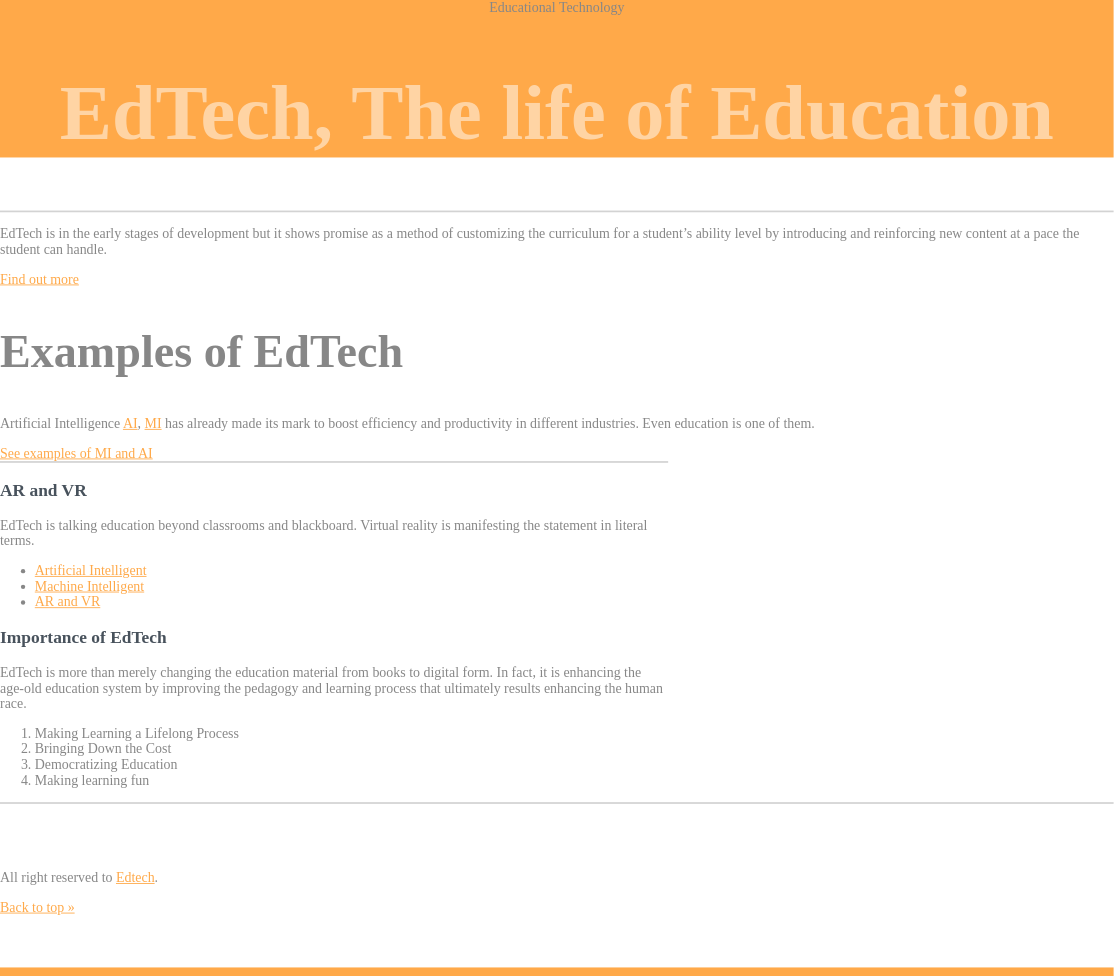
Repository: tunmishyi/edtech
Page: index.html
An editor plug-in stored every save of this project. The page is shown before and after the next save, followed by the edit.
The browser window is 1280 px wide. The pictures show the whole page, at 87% of full size.

Above is the page before, as saved 2020-06-09 23:17:37.

### index.html
<html>
	<head>
		<title>EdTech</title>
		<link rel="stylesheet" href="/home/peterolayinka/Documents/archive/tutorial/jumoke/css/style.css">
	</head>
	<body>
		<header id="top" class="main-header">
			<span class"title">Educational Technology</span>
			<h1>EdTech, The life of Education</h1>
		</header>

		<div class="primary-content, t-border">
			<p>
					EdTech is in the early stages of development but it shows promise as a method of customizing the curriculum for a student’s ability level by introducing and reinforcing new content at a pace the student can handle.
			</p>
			<a href="#more">Find out more</a>
			<h2>Examples of EdTech</h2>
			<p>
				Artificial Intelligence <a href="#">AI</a>, <a href="#">MI</a> has already made its mark to boost efficiency and productivity in different industries. Even education is one of them.
			</p>
			<a href="#" class="callout">See examples of MI and AI</a>
		</div>

		<div class="secondary-content t-border">
			<h3>AR and VR</h3>
				<p>
					EdTech is talking education beyond classrooms and blackboard. Virtual reality is manifesting the statement in literal terms.
				</p>
				<ul>
					<li><a href="#">Artificial Intelligent</a></li>
					<li><a href="#">Machine Intelligent</a></li>
					<li><a href="#">AR and VR</a></li>
				</ul>
				<h3>Importance of EdTech</h3>
				<p>
					EdTech is more than merely changing the education material from books to digital form. In fact, it is enhancing the age-old education system by improving the pedagogy and learning process that ultimately results enhancing the human race.
				</p>
				<ol>
					<li>Making Learning a Lifelong Process</li>
					<li>Bringing Down the Cost</li>
					<li>Democratizing Education</li>
					<li>Making learning fun</li>
				</ol>
			</div>

			<footer id="main-footer" class="t-border">
				<p>All right reserved to <a href="#">Edtech</a>.</p>
				<a href="#top">Back to top &raquo;</a>
			</footer>
	</body>
</html>

### style.css
/*Type Selectors */

body {
   color: #878787;
   margin: 0;
   font-size: 1em;
}

h1 {
    font-size: 5.625rem; /* 90px/16px */
    color: rgba(255, 255, 255, .5);
    }

    h2 {
        font-size: 53px;
    }

    h3 {
        font-size: 20px;
        color: #48525c;
    }

    /* Pseudo Classes-------- */

    a:link {
        color: rgb(255, 169, 73);
    }

    a:visited {
        color: lightblue;
    }

    a:hover {
        color: rgb(255, 169, 73, .4);
    }

    a:active {
        color: lightcoral;
    }

    /*ID Selectors */

    #main-footer {
        padding-top: 60px;
        padding-bottom: 60px;
        border-bottom: solid 10px #ffa949;
    }

    /*Class Selectors */

    .main-header {
        background-color: #ffa949;
       }

    .title {
        color: white;
        font-size: 1.625rem; /* 26px/16px  */
    }

    .primary-content,
    .secondary-content {
        width: 60%;
    }
    .primary-content,
    .main-header {
        text-align: center;
    }

    .t-border {
        border-top: 2px solid lightgrey; /* Top Border styles */
    }

After the next save:
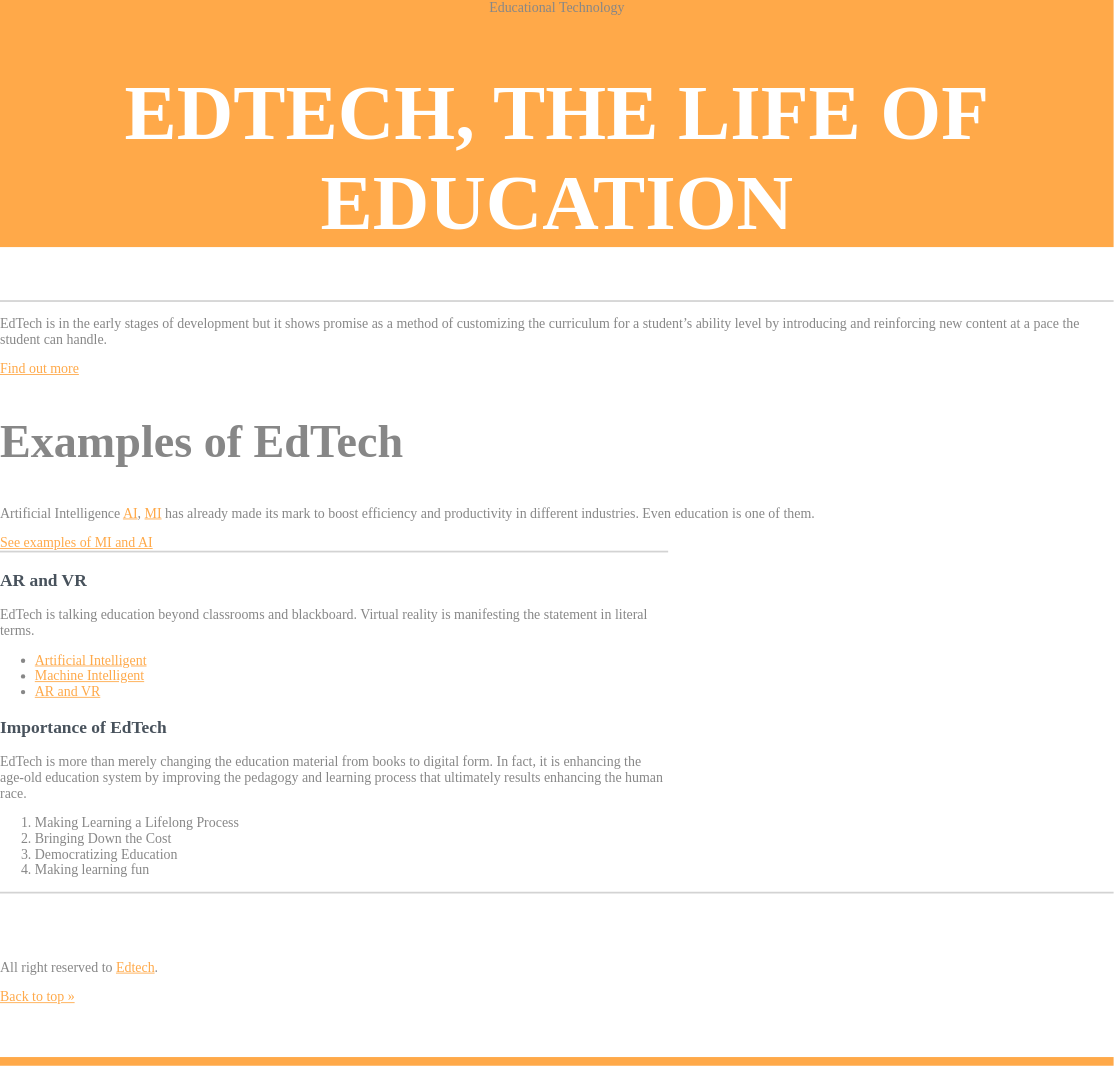
Saved 2 min 7 s later.
--- a/style.css
+++ b/style.css
@@ -8,7 +8,8 @@ body {
 
 h1 {
     font-size: 5.625rem; /* 90px/16px */
-    color: rgba(255, 255, 255, .5);
+    color: rgba(255, 255, 255, 1);
+    text-transform: uppercase;
     }
 
     h2 {
